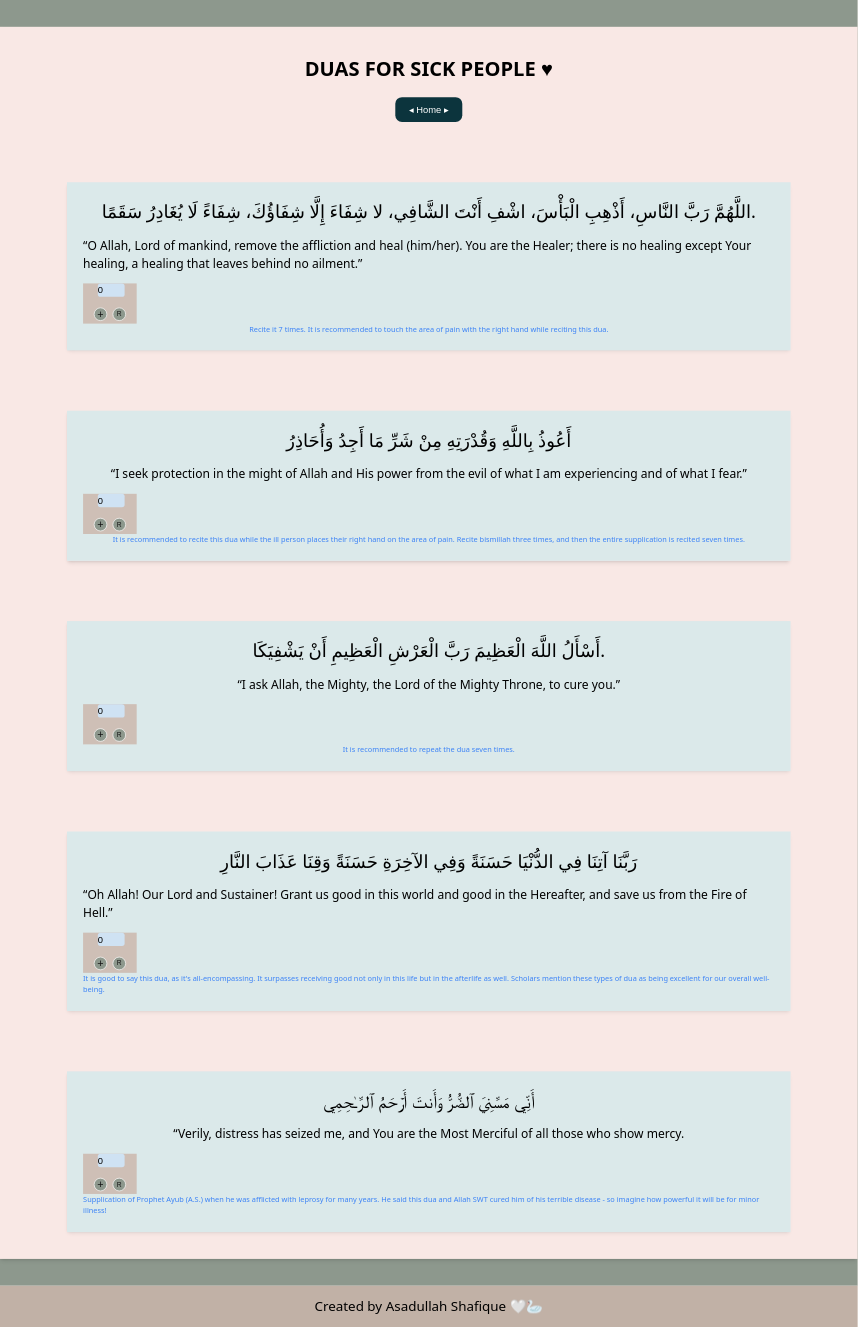
Repository: asadullah48/Duas_Diary
Page: /sick
These files come from the project's save history. The page is drawn as it stood at one moment and after the next save; the edit follows.
The browser window is 1280 px wide. The pictures show the whole page, at 67% of full size.
The project was rebuilt for these pictures with package versions that can differ from the ones it lists, and the page was loaded fresh each time. The framework's server and built-in components were replaced by stand-ins that run in the browser. Also part of the build but not shown: next.config.ts.

Above is the page before, as saved 2024-11-30 10:12:46.

After the next save:
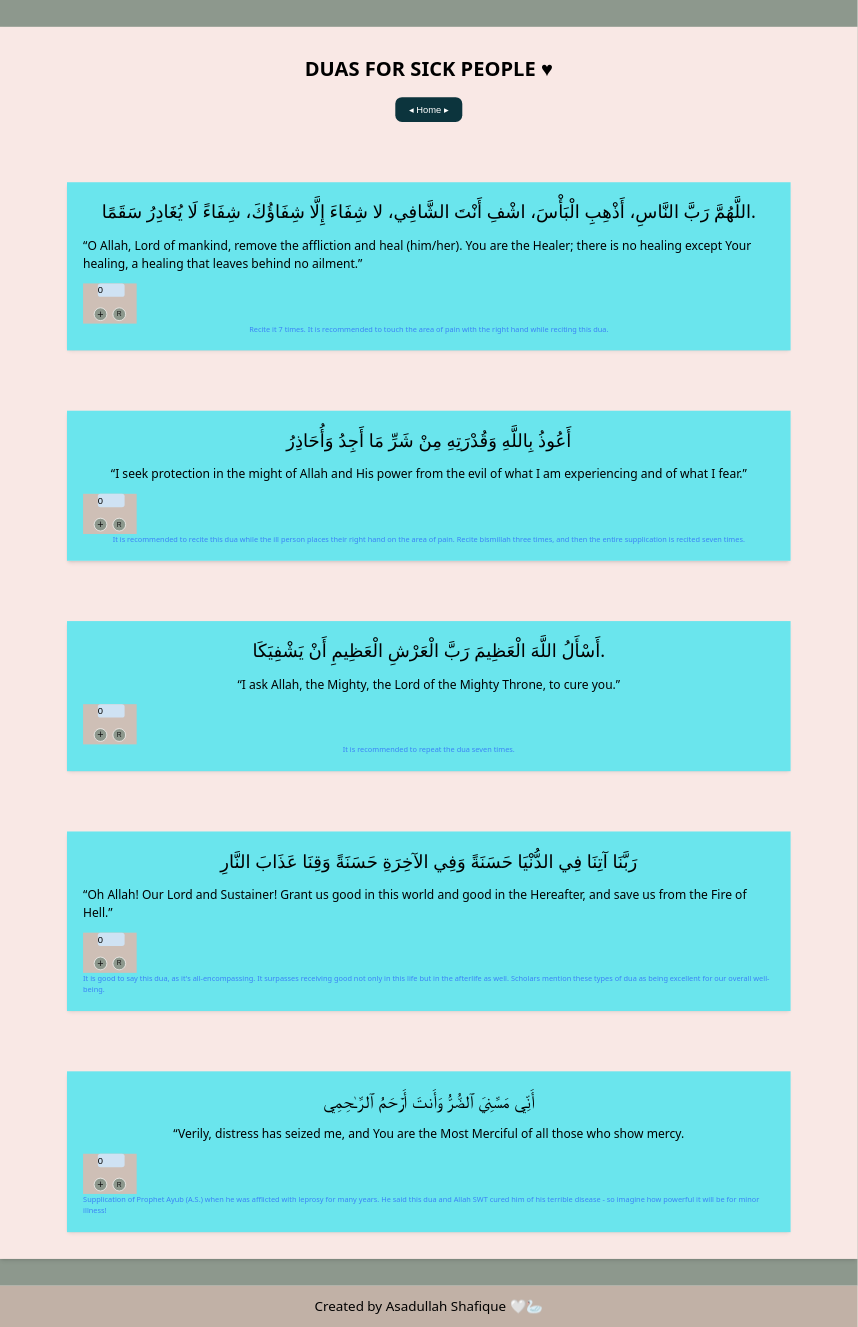
Saved 8 s later.
--- a/src/components/props.tsx
+++ b/src/components/props.tsx
@@ -14,7 +14,7 @@ export default function LightPinkSection({
   note,
 }: SectionProps) {
   return (
-    <div className="w-[90%] bg-[#d3eaecc5] p-6 rounded-lg mx-auto shadow-md mt-[90px]">
+    <div className="w-[90%] bg-[#41e4f0c5] p-6 rounded-lg mx-auto shadow-md mt-[90px]">
       <p className="text-black text-[27px] font-sans mb-4 flex justify-center">
         {paragraph}
       </p>
